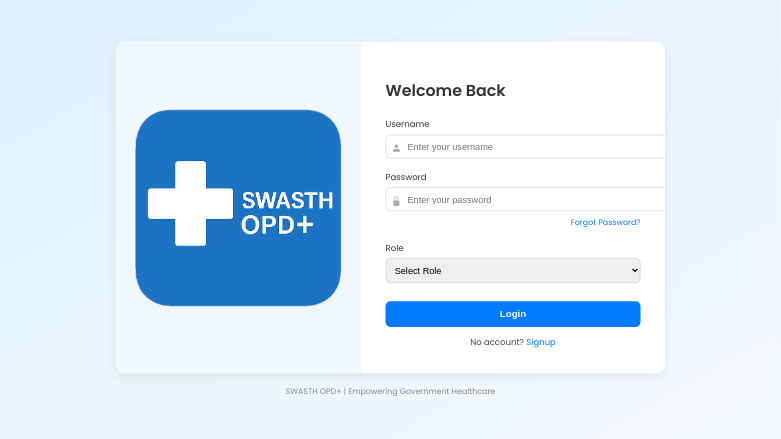
Repository: rishabhacejain/swasth-opd-plus
Page: http://localhost/swasth-opd/WEB-INF/jsps/login.jsp
The author's editor kept a copy of each file at every save. The page is drawn from the files as they stood at one save, then again after the next save.
The browser window is 1280 px wide. The pictures show the whole page, at 61% of full size.
The page is served by Tomcat 10. Nobody is signed in. The template is opened directly, without the code that normally fills it, so the values that code supplies are empty.

Above is the page before, as saved 2025-06-25 11:33:29.

After the next save:
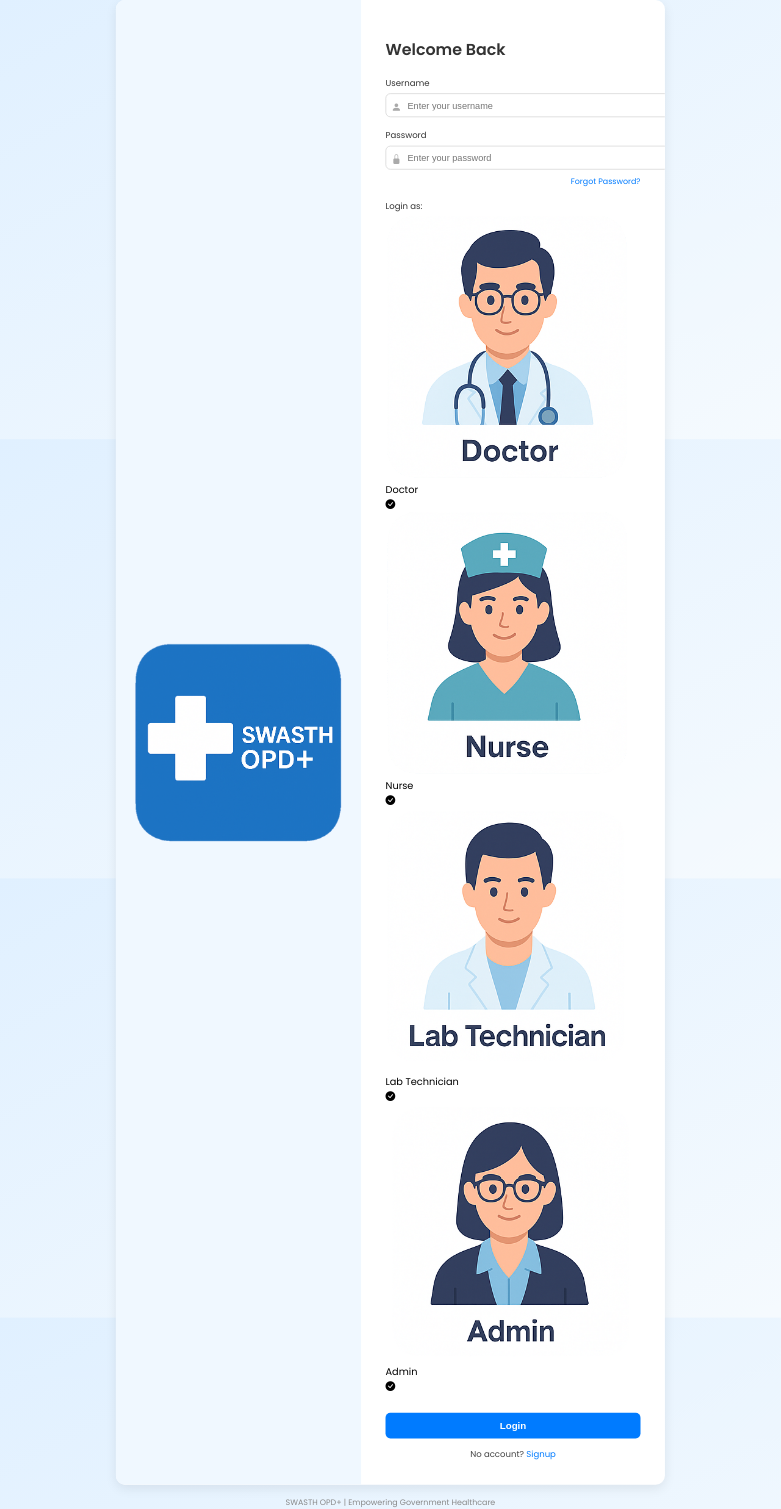
Saved 11 min 24 s later.
--- a/swasth-opd/src/main/webapp/WEB-INF/jsps/login.jsp
+++ b/swasth-opd/src/main/webapp/WEB-INF/jsps/login.jsp
@@ -6,7 +6,7 @@
     <title>Login | SWASTH OPD+</title>
     <link rel="stylesheet" href="/css/login.css">
     <link href="https://fonts.googleapis.com/css2?family=Poppins:wght@400;600&display=swap" rel="stylesheet">
-    <link rel="icon" type="image/png" href="/images/favicon.ico">
+    <link rel="icon" type="image/png" href="/images/favicon.png">
     <link rel="stylesheet" href="https://cdn.jsdelivr.net/npm/bootstrap-icons@1.10.5/font/bootstrap-icons.css">
 </head>
 <body>
@@ -42,15 +42,32 @@
                     </div>
                 </div>
 
-                <!-- Role -->
+                <!-- Role Selection Cards -->
                 <div class="form-group">
-                    <label for="role">Role</label>
-                    <select id="role" name="role" required>
-                        <option value="">Select Role</option>
-                        <option value="DOCTOR">Doctor</option>
-                        <option value="LAB_TECHNICIAN">Lab Technician</option>
-                        <option value="ADMIN">Admin</option>
-                    </select>
+                    <label>Login as:</label>
+                    <div class="role-card-group">
+                        <div class="role-card" data-role="DOCTOR">
+                            <img src="/images/role-doctor.png" alt="Doctor">
+                            <span>Doctor</span>
+                            <div class="checkmark"><i class="bi bi-check-circle-fill"></i></div>
+                        </div>
+                        <div class="role-card" data-role="NURSE">
+                            <img src="/images/role-nurse.png" alt="Nurse">
+                            <span>Nurse</span>
+                            <div class="checkmark"><i class="bi bi-check-circle-fill"></i></div>
+                        </div>
+                        <div class="role-card" data-role="LAB_TECHNICIAN">
+                            <img src="/images/role-lab.png" alt="Lab Technician">
+                            <span>Lab Technician</span>
+                            <div class="checkmark"><i class="bi bi-check-circle-fill"></i></div>
+                        </div>
+                        <div class="role-card" data-role="ADMIN">
+                            <img src="/images/role-admin.png" alt="Admin">
+                            <span>Admin</span>
+                            <div class="checkmark"><i class="bi bi-check-circle-fill"></i></div>
+                        </div>
+                    </div>
+                    <input type="hidden" name="role" id="selectedRole" required>
                 </div>
 
                 <!-- Login Button -->
@@ -69,5 +86,19 @@
         SWASTH OPD+ | Empowering Government Healthcare
     </footer>
 </div>
+
+<!-- JavaScript for selecting role -->
+<script>
+    const roleCards = document.querySelectorAll('.role-card');
+    const selectedRole = document.getElementById('selectedRole');
+
+    roleCards.forEach(card => {
+        card.addEventListener('click', () => {
+            roleCards.forEach(c => c.classList.remove('selected'));
+            card.classList.add('selected');
+            selectedRole.value = card.getAttribute('data-role');
+        });
+    });
+</script>
 </body>
 </html>
